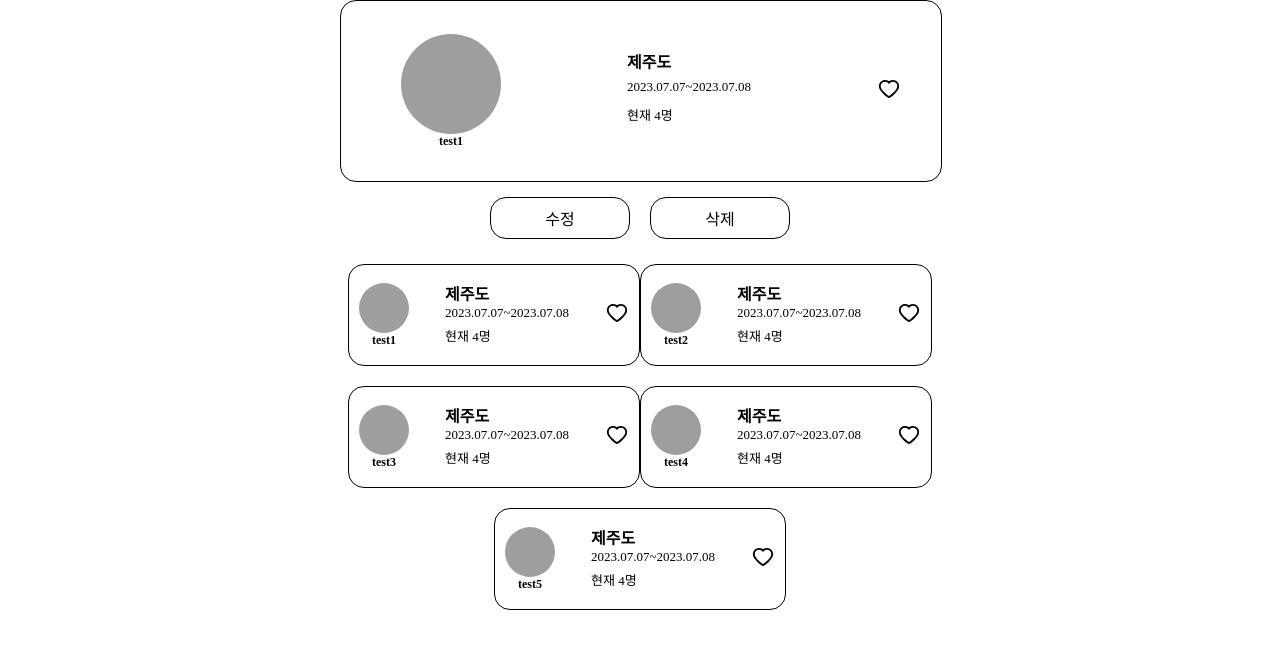
Repository: the-graces/matrip-web
Page: /tripSchedule (app in matrip/)
An editor plug-in stored every save of this project. The page is shown before and after the next save, followed by the edit.
The browser window is 1280 px wide. The pictures show the whole page.
Pictures or frames that could not be fetched are drawn as grey boxes. The project was rebuilt for these pictures with package versions that can differ from the ones it lists, and the page was loaded fresh each time. Also part of the build but not shown: matrip/src/pages/Main/mainStyle.tsx, matrip/src/pages/Main/Post.tsx, matrip/src/pages/Main/index.tsx, matrip/src/pages/FriendSearch/friendSearchStyle.tsx, matrip/src/data/userdata.ts, matrip/src/pages/FriendSearch/index.tsx, matrip/src/pages/ItineraryInfo/index.scss, matrip/src/pages/ItineraryInfo/itineraryInfoStyle.tsx and 4 more.

Above is the page before, as saved 2023-07-09 13:40:20.

### matrip/src/App.tsx
import React from "react";
import { BrowserRouter, Route, Routes } from "react-router-dom";
import Main from "./pages/Main";

import FriendSearch from "./pages/FriendSearch";
import ItineraryInfo from "./pages/ItineraryInfo";
import UserProfile from "./pages/UserProfile";

import GlobalFonts from "./styles/fonts";
import TripSchedule from "./pages/TripSchedule";

function App() {
   return (
      <BrowserRouter>
         <GlobalFonts />
         <Routes>
            <Route
               path="/"
               element={<Main />}
            />
            <Route
               path="/friendSearch"
               element={<FriendSearch />}
            />
            <Route
               path="/itineraryInfo"
               element={<ItineraryInfo />}
            />
            <Route
               path="/userProfile"
               element={<UserProfile />}
            />
            <Route
               path="/tripSchedule"
               element={<TripSchedule />}
            />
         </Routes>
      </BrowserRouter>
   );
}

export default App;

### matrip/src/styles/fonts/index.js
import { createGlobalStyle } from "styled-components";
import Prentendard from "./Pretendard-Regular.woff2";

export default createGlobalStyle`
@font-face {
    font-family: "Prentendard";
    src: url(${Prentendard}) fromat("woff2");
}`;

### matrip/src/pages/TripSchedule/index.tsx
import React from "react";
import "./index.scss";

import * as iss from "./TripScheduleStyle";
import * as gs from "../../styles/GlobalStyles";
import "./index.scss";
import { fdata } from "../../data/userdata";
import { postdata } from "../../data/postdata";
import { AiOutlineHeart } from "react-icons/ai";
import UserList from "./UserList";

const TripSchedule: React.FC = () => {
  const post = postdata[0];

  return (
    <gs.MainContainer>
      <iss.MainContainer>
        <iss.postBox key={post.id}>
          <iss.profileBox to={"/userProfile"}>
            <iss.profileImgBox>
              <iss.profileImg src={post.imgurl} alt="유저 프로필" />
            </iss.profileImgBox>
            <iss.Nickname>{post.nick}</iss.Nickname>
          </iss.profileBox>
          <iss.postContent to={"/itineraryInfo"}>
            <iss.postTitle>{post.destination}</iss.postTitle>
            <iss.postPeriod>
              {post.startDate}~{post.endData}
            </iss.postPeriod>
            <iss.postPeriod>현재 {post.personnel}명</iss.postPeriod>
          </iss.postContent>
          <div>
            <iss.LikeBtn>
              <AiOutlineHeart size="24" />
            </iss.LikeBtn>
          </div>
        </iss.postBox>

        <iss.TripSchedulePostButton>
          <iss.TripSchedulePostButtonL>수정</iss.TripSchedulePostButtonL>
          <iss.TripSchedulePostButtonR>삭제</iss.TripSchedulePostButtonR>
        </iss.TripSchedulePostButton>

        <UserList/>
      </iss.MainContainer>
    </gs.MainContainer>
  );
};

export default TripSchedule;

### matrip/src/styles/GlobalStyles.tsx
import { styled } from "styled-components";

// 전체 화면 컨테이너
export const MainContainer = styled.div`
   width: 100%;
   display: flex;
   justify-content: center;
   font-family: Pretendard;
`;

// 그 안에 들어갈 내용을 감싸는 컨테이너
export const MainBox = styled.div`
   max-width: 600px;
   width: 100%;
   display: flex;
   flex-direction: column;
   align-items: center;

   @media screen and (min-width: 600px) {
      width: 600px;
   }
`;

### matrip/src/pages/TripSchedule/TripScheduleStyle.tsx
import { Link } from "react-router-dom";
import { styled } from "styled-components";

export const MainContainer = styled.div`
  max-width: 600px;
  width: 100%;

  @media screen and (min-width: 600px) {
    width: 600px;
  }
`;

export const postBox = styled.div`
  width: 100%;
  height: 180px;
  display: flex;
  align-items: center;
  justify-content: space-between;
  border: solid #000 1px;
  border-radius: 16px;
`;

export const profileBox = styled(Link)`
  padding: 0 10px;
  display: flex;
  flex-direction: column;
  align-items: center;
  color: #000;
  text-decoration: none;
  margin-left: 50px;
`;
export const profileImgBox = styled.div`
  width: 100px;
  height: 100px;
`;

export const profileImg = styled.img`
  width: 100%;
  height: 100%;
  object-fit: cover;
  border-radius: 50%;
`;

export const Nickname = styled.h4`
  font-size: 12px;
  font-weight: 600;
  margin: 0;
`;

export const postContent = styled(Link)`
  color: #000;
  text-decoration: none;
`;

export const postTitle = styled.div`
  font-size: 16px;
  font-weight: 800;
  margin-bottom: 6px;
`;

export const postPeriod = styled.div`
  font-size: 13px;
  margin-bottom: 10px;
`;

export const LikeBtn = styled.button`
  border: none;
  background: none;
  cursor: pointer;
  padding: 0 10px;
  margin-right: 30px;
`;

export const TripSchedulePostButton = styled.div`
  width: 50%;
  display: flex;
  border-radius: 40px;
  margin: auto;
  margin-top: 15px;
  gap: 20px;
  margin-bottom: 25px;
`;

export const TripSchedulePostButtonL = styled.div`
  width: 100%;
  height: 40px;
  display: flex;
  align-items: center;
  justify-content: space-between;
  border: solid #000 1px;
  border-radius: 16px;
  justify-content: center;
`;

export const TripSchedulePostButtonR = styled.div`
  width: 100%;
  height: 40px;
  display: flex;
  align-items: center;
  justify-content: space-between;
  border: solid #000 1px;
  border-radius: 16px;
  justify-content: center;
`;

export const userList = styled.div`
  display: flex;
  flex-wrap: wrap;
  justify-content: center; // 가로 축을 중앙으로 정렬합니다.
  /* align-items: flex-start; // 세로 축을 위로 정렬합니다. */
`;

export const userListPostBox = styled.div`
  width: calc((100% - 20px) / 2);
  height: 100px;
  display: flex;
  align-items: center;
  justify-content: space-between;
  border: solid #000 1px;
  border-radius: 16px;
  margin-bottom: 20px;
`;

export const userListProfileBox = styled(Link)`
  padding: 0 10px;
  display: flex;
  flex-direction: column;
  align-items: center;
  color: #000;
  text-decoration: none;
`;

export const userListProfileImgBox = styled.div`
  width: 50px;
  height: 50px;
`;

export const userListProfileImg = styled.img`
  width: 100%;
  height: 100%;
  object-fit: cover;
  border-radius: 50%;
`;

export const userListNickname = styled.h4`
  font-size: 12px;
  font-weight: 600;
  margin: 0;
`;

export const userListPostContent = styled(Link)`
  color: #000;
  text-decoration: none;
`;

export const userListPostTitle = styled.div`
  font-size: 16px;
  font-weight: 800;
`;

export const userListPostPeriod = styled.div`
  font-size: 13px;
  margin-bottom: 5px;
`;

export const userListPLikeBtn = styled.button`
  border: none;
  background: none;
  cursor: pointer;
  padding: 0 10px;
`;

### matrip/src/data/postdata.ts
export const postdata = [
  {
    id: "1",
    nick: "test1",
    imgurl:
      "https://img2.daumcdn.net/thumb/R658x0.q70/?fname=https://t1.daumcdn.net/news/202302/21/spotvnews/20230221133133423kfxy.jpg",
    destination: "제주도",
    startDate: "2023.07.07",
    endData: "2023.07.08",
    personnel: 4,
  },
  {
    id: "2",
    nick: "test2",
    imgurl:
      "https://img2.daumcdn.net/thumb/R658x0.q70/?fname=https://t1.daumcdn.net/news/202302/21/spotvnews/20230221133133423kfxy.jpg",
    destination: "제주도",
    startDate: "2023.07.07",
    endData: "2023.07.08",
    personnel: 4,
  },
  {
    id: "3",
    nick: "test3",
    imgurl:
      "https://img2.daumcdn.net/thumb/R658x0.q70/?fname=https://t1.daumcdn.net/news/202302/21/spotvnews/20230221133133423kfxy.jpg",
    destination: "제주도",
    startDate: "2023.07.07",
    endData: "2023.07.08",
    personnel: 4,
  },
  {
    id: "4",
    nick: "test4",
    imgurl:
      "https://img2.daumcdn.net/thumb/R658x0.q70/?fname=https://t1.daumcdn.net/news/202302/21/spotvnews/20230221133133423kfxy.jpg",
    destination: "제주도",
    startDate: "2023.07.07",
    endData: "2023.07.08",
    personnel: 4,
  },
  {
    id: "5",
    nick: "test5",
    imgurl:
      "https://img2.daumcdn.net/thumb/R658x0.q70/?fname=https://t1.daumcdn.net/news/202302/21/spotvnews/20230221133133423kfxy.jpg",
    destination: "제주도",
    startDate: "2023.07.07",
    endData: "2023.07.08",
    personnel: 4,
  },
];

### matrip/src/pages/TripSchedule/UserList.tsx
import React from "react";
import "./index.scss";

import * as iss from "./TripScheduleStyle";
import "./index.scss";
import { fdata } from "../../data/userdata";
import { AiOutlineHeart } from "react-icons/ai";
import { postdata } from "../../data/postdata";

const UserList: React.FC = () => {
  return (
    <iss.userList>
      {postdata.map((post) => (
        <iss.userListPostBox key={post.id}>
          <iss.userListProfileBox to={"/userProfile"}>
            <iss.userListProfileImgBox>
              <iss.userListProfileImg src={post.imgurl} alt="유저 프로필" />
            </iss.userListProfileImgBox>
            <iss.userListNickname>{post.nick}</iss.userListNickname>
          </iss.userListProfileBox>
          <iss.userListPostContent to={"/itineraryInfo"}>
            <iss.userListPostTitle>{post.destination}</iss.userListPostTitle>
            <iss.userListPostPeriod>
              {post.startDate}~{post.endData}
            </iss.userListPostPeriod>
            <iss.userListPostPeriod>현재 {post.personnel}명</iss.userListPostPeriod>
          </iss.userListPostContent>
          <div>
            <iss.userListPLikeBtn>
              <AiOutlineHeart size="24" />
            </iss.userListPLikeBtn>
          </div>
        </iss.userListPostBox>
      ))}
    </iss.userList>
  );
};

export default UserList;

Loaded but not shown: matrip/public/index.html (common file); matrip/src/index.tsx (common file); matrip/src/index.css (common file); matrip/src/reportWebVitals.ts (common file)

After the next save:
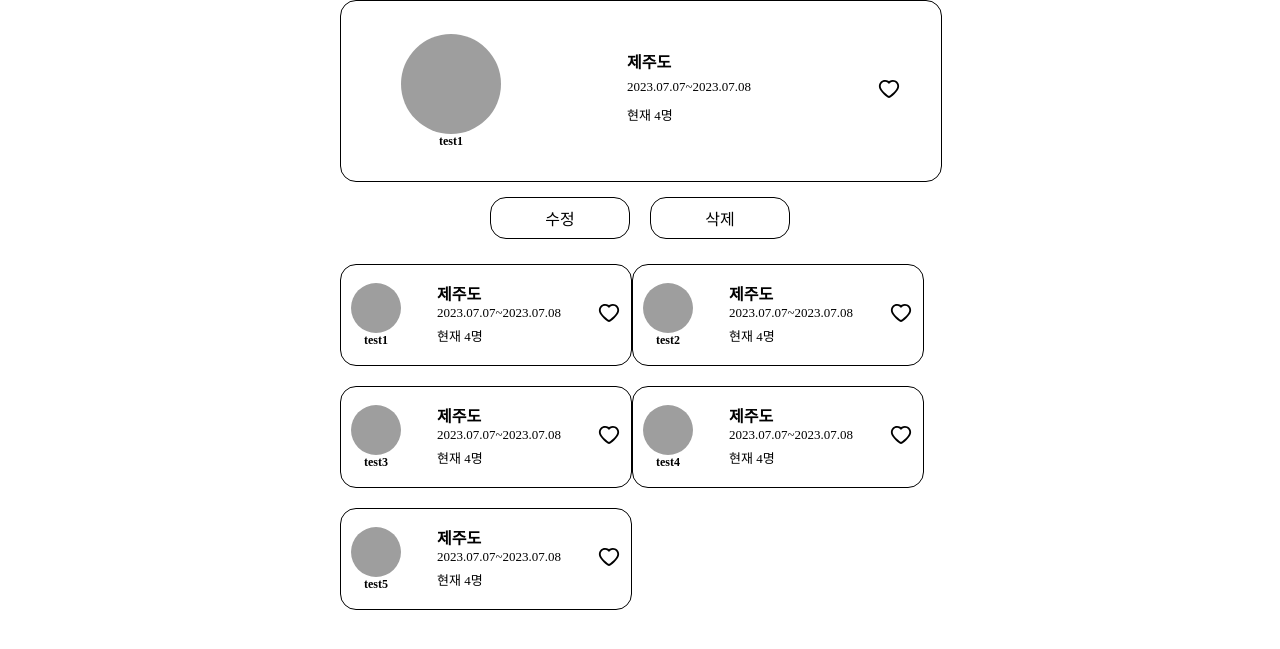
Saved 4 s later.
--- a/matrip/src/pages/TripSchedule/TripScheduleStyle.tsx
+++ b/matrip/src/pages/TripSchedule/TripScheduleStyle.tsx
@@ -106,8 +106,8 @@
 export const userList = styled.div`
   display: flex;
   flex-wrap: wrap;
-  justify-content: center; // 가로 축을 중앙으로 정렬합니다.
-  /* align-items: flex-start; // 세로 축을 위로 정렬합니다. */
+  /* justify-content: center; // 가로 축을 중앙으로 정렬합니다. */
+  align-items: flex-start; // 세로 축을 위로 정렬합니다.
 `;
 
 export const userListPostBox = styled.div`

After the save that followed:
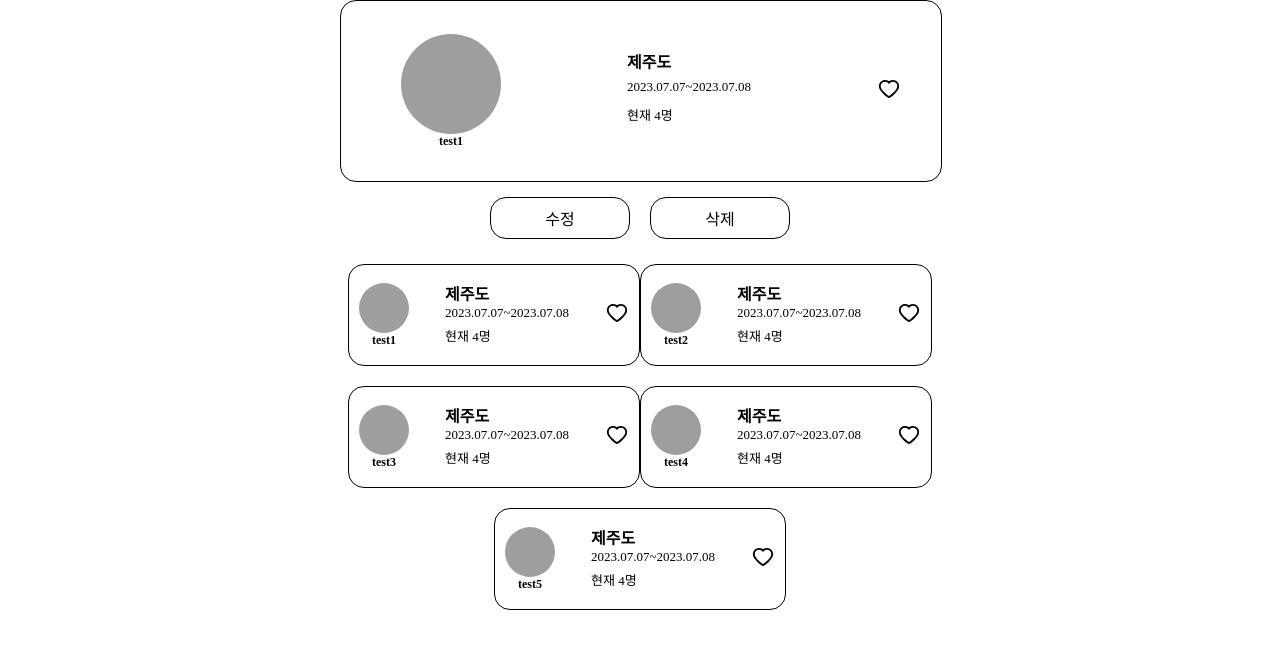
Saved 8 s later.
--- a/matrip/src/pages/TripSchedule/TripScheduleStyle.tsx
+++ b/matrip/src/pages/TripSchedule/TripScheduleStyle.tsx
@@ -106,7 +106,7 @@
 export const userList = styled.div`
   display: flex;
   flex-wrap: wrap;
-  /* justify-content: center; // 가로 축을 중앙으로 정렬합니다. */
+  justify-content: center; // 가로 축을 중앙으로 정렬합니다.
   align-items: flex-start; // 세로 축을 위로 정렬합니다.
 `;
 
